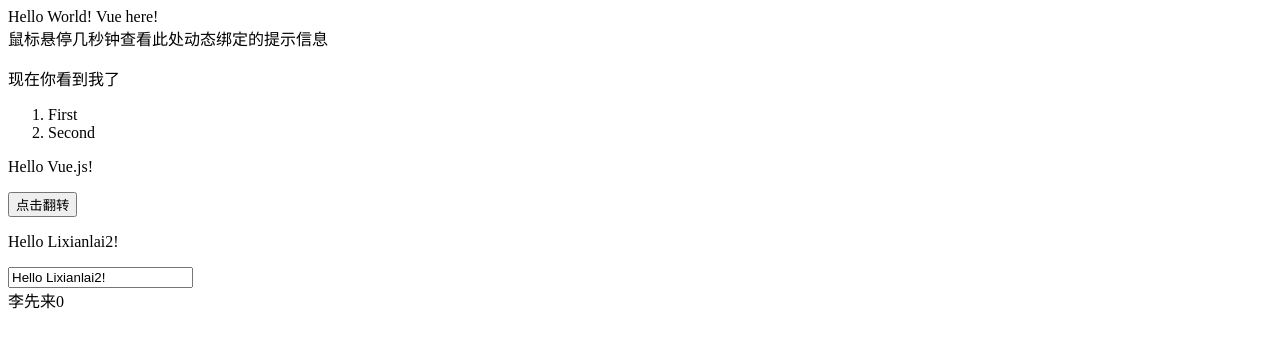
Repository: Lixianlai-2/The-journey-of-learning-Vue
Page: index.html
The author's editor kept a copy of each file at every save. The page is drawn from the files as they stood at one save, then again after a run of saves.
The browser window is 1280 px wide. The pictures show the whole page.

Above is the page before, as saved 2022-04-04 14:20:46.

### index.html
<!DOCTYPE html>
<html lang="en">
  <head>
    <meta charset="UTF-8" />
    <meta http-equiv="X-UA-Compatible" content="IE=edge" />
    <meta name="viewport" content="width=device-width, initial-scale=1.0" />
    <title>Vue-demo1</title>
  </head>
  <body>
    <div id="app">{{ message }}</div>

    <div id="app-2">
      <!-- 表示是Vue提供的特殊attribute -->
      <span v-bind:title="mes"> 鼠标悬停几秒钟查看此处动态绑定的提示信息 </span>
    </div>

    <!-- 注意这里是用的id -->
    <div id="app-3">
      <p v-if="seen">现在你看到我了</p>
    </div>

    <div id="app-4">
      <ol>
        <li v-for="todo in todos">{{todo.text}}</li>
      </ol>
    </div>

    <div id="app-5">
      <p>{{message}}</p>
      <button v-on:click="reverseMessage">点击翻转</button>
    </div>

    <div id="app-6">
      <p>{{message}}</p>
      <input v-model="message" />
    </div>

    <div id="app-7">李先来{{n}}</div>

    <script src="https://cdn.jsdelivr.net/npm/vue@2/dist/vue.js"></script>
    <script src="./起步.js"></script>
  </body>
</html>

### 起步.js
// 关不提示
Vue.config.productionTip = false;

// 声明式渲染
var app = new Vue({
  el: "#app",
  data: {
    message: "Hello World! Vue here!",
  },
});

var app2 = new Vue({
  el: "#app-2",
  data: {
    mes: "页面加载于" + new Date().toLocaleString(),
  },
});

var app3 = new Vue({
  // 注意html中是用的id，不是用的class
  el: "#app-3",
  data: {
    seen: true,
  },
});

var app4 = new Vue({
  el: "#app-4",
  data: {
    todos: [{ text: "First" }, { text: "Second" }],
  },
});

var app5 = new Vue({
  el: "#app-5",
  data: {
    message: "Hello Vue.js!",
  },
  //   注意这里是methods，有个s，就因为这个s我查了很久啊
  methods: {
    reverseMessage() {
      console.log(this);
      console.log(this.message);
      this.message = this.message.split("").reverse().join("");
    },
  },
});

// 处理用户输入
var app6 = new Vue({
  el: "#app-6",
  data: {
    message: "Hello Lixianlai2!",
  },
});

// // 7.
new Vue({
  el: "#app-7",
  data: {
    n: 0,
  },
  methods: {
    add() {
      this.n += 1;
    },
  },
});

// 组件化应用构建

After the next 6 saves:
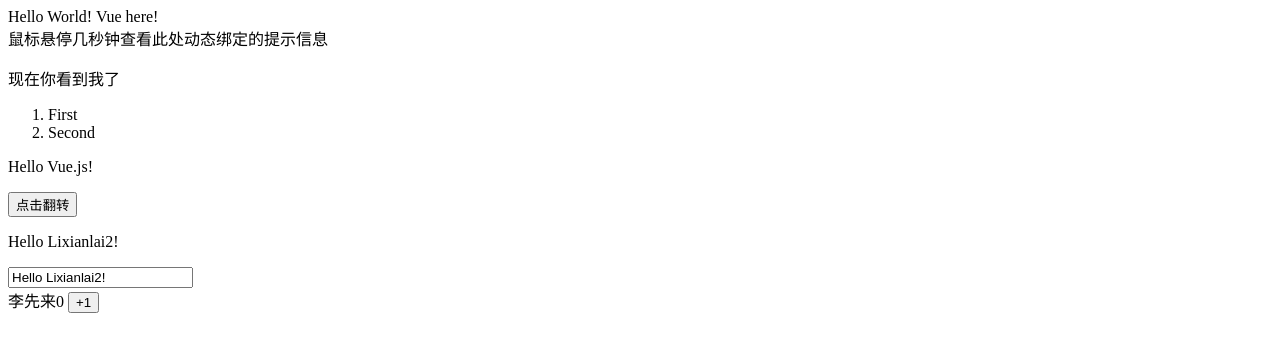
The 6 saves are shown as one change because they came seconds apart.
The last was saved 16 s later.
--- a/index.html
+++ b/index.html
@@ -35,7 +35,10 @@
       <input v-model="message" />
     </div>
 
-    <div id="app-7">李先来{{n}}</div>
+    <div id="app-7">
+      李先来{{n}}
+      <button @click="add">+1</button>
+    </div>
 
     <script src="https://cdn.jsdelivr.net/npm/vue@2/dist/vue.js"></script>
     <script src="./起步.js"></script>
